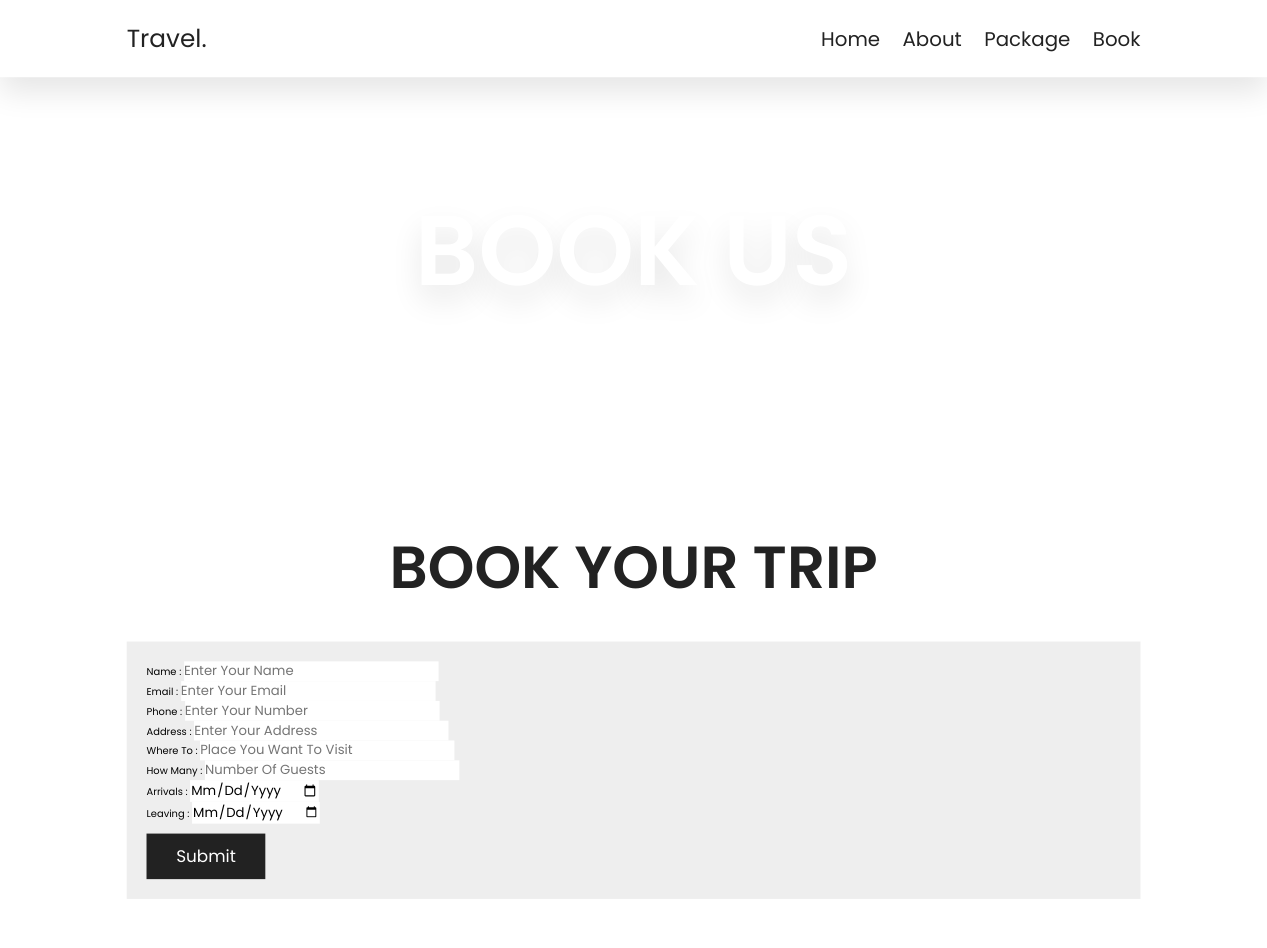
Repository: CTCuong/Traveloka-Web
Page: assets/book.html
An editor plug-in stored every save of this project. The page is shown before and after the next save, followed by the edit.
The browser window is 1280 px wide. The pictures show the part of the page from y = 0 to 958 px (the page is 1604 px tall), at 99% of full size.
Pictures or frames that could not be fetched are drawn as grey boxes. Backgrounds fixed to the window are drawn as part of the page.

Above is the page before, as saved 2023-07-08 16:03:07.
Console error: TypeError: Cannot set properties of null (setting 'onclick')

After the next save:
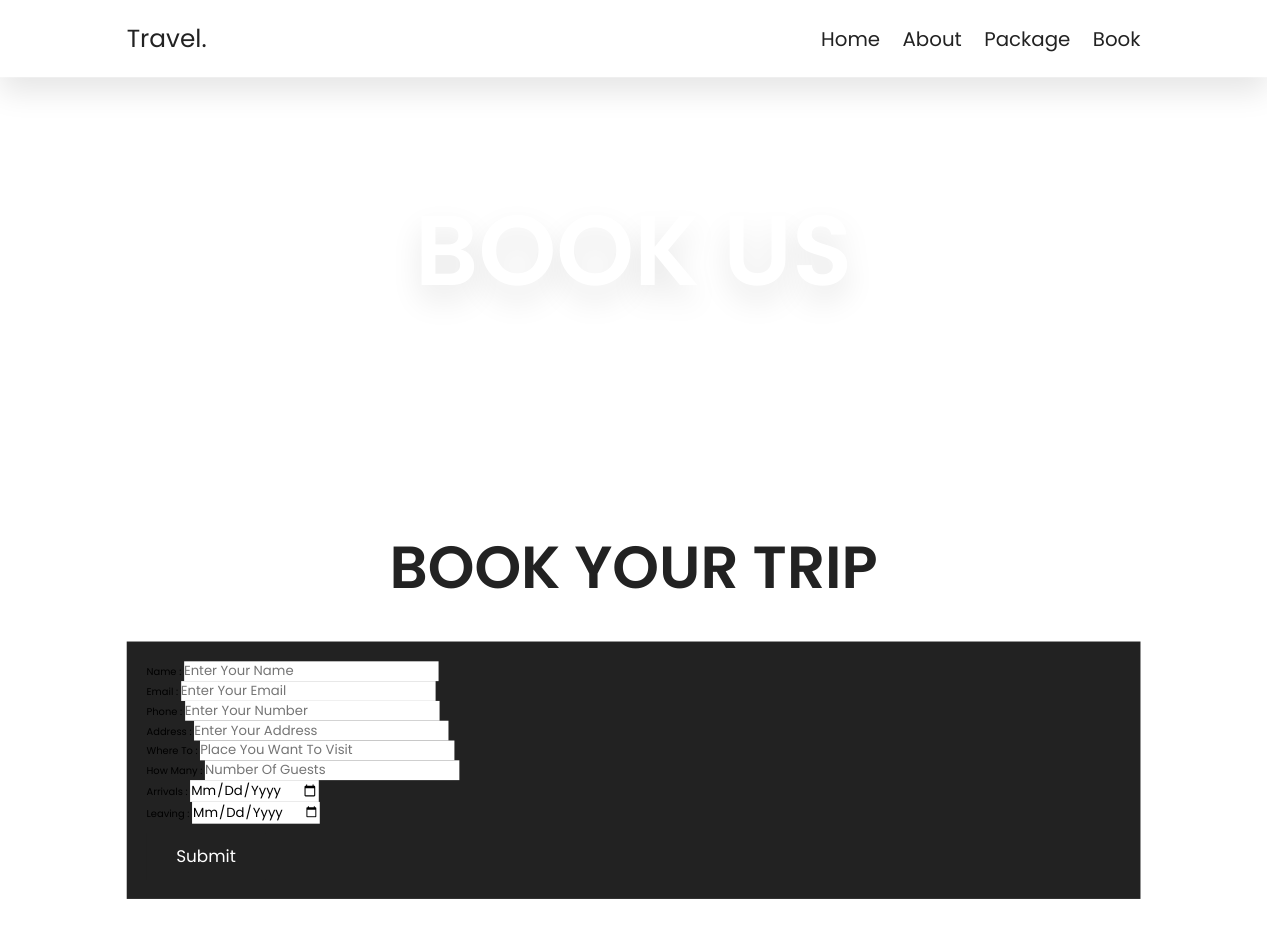
Saved 102 s later.
--- a/assets/css/style.css
+++ b/assets/css/style.css
@@ -480,14 +480,9 @@
 
 .booking .book-form {
     padding: 2rem;
-    background: var(--light-bg);
-}
-
-.booking .book-form .flex {
-    display: flex;
-    flex-wrap: wrap;
-    gap:2rem;
-}
+    background: var(--black);
+}
+
 
 
 

After the save that followed:
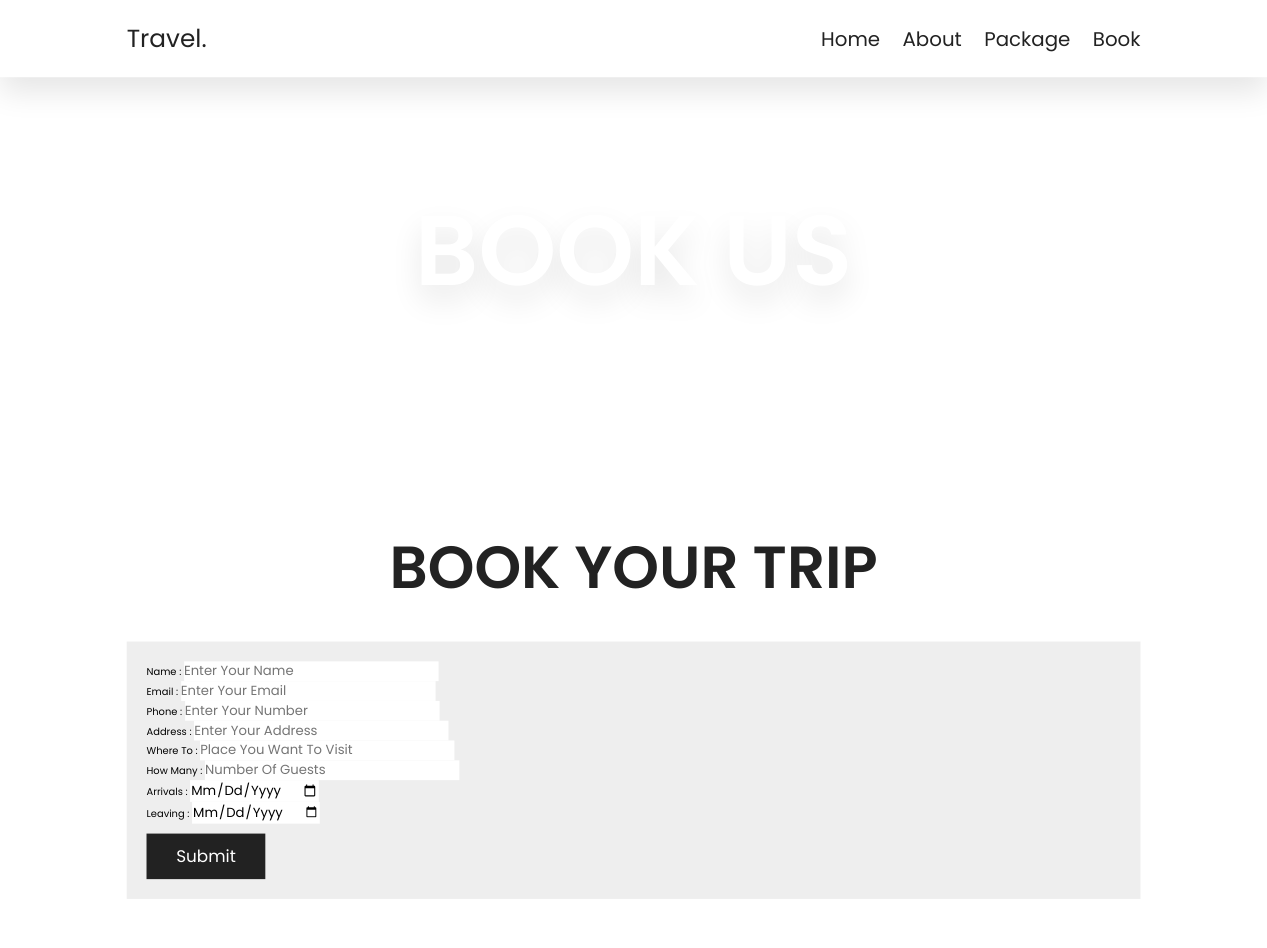
Saved 10 s later.
--- a/assets/css/style.css
+++ b/assets/css/style.css
@@ -480,7 +480,7 @@
 
 .booking .book-form {
     padding: 2rem;
-    background: var(--black);
+    background: var(--light-bg);
 }
 
 
